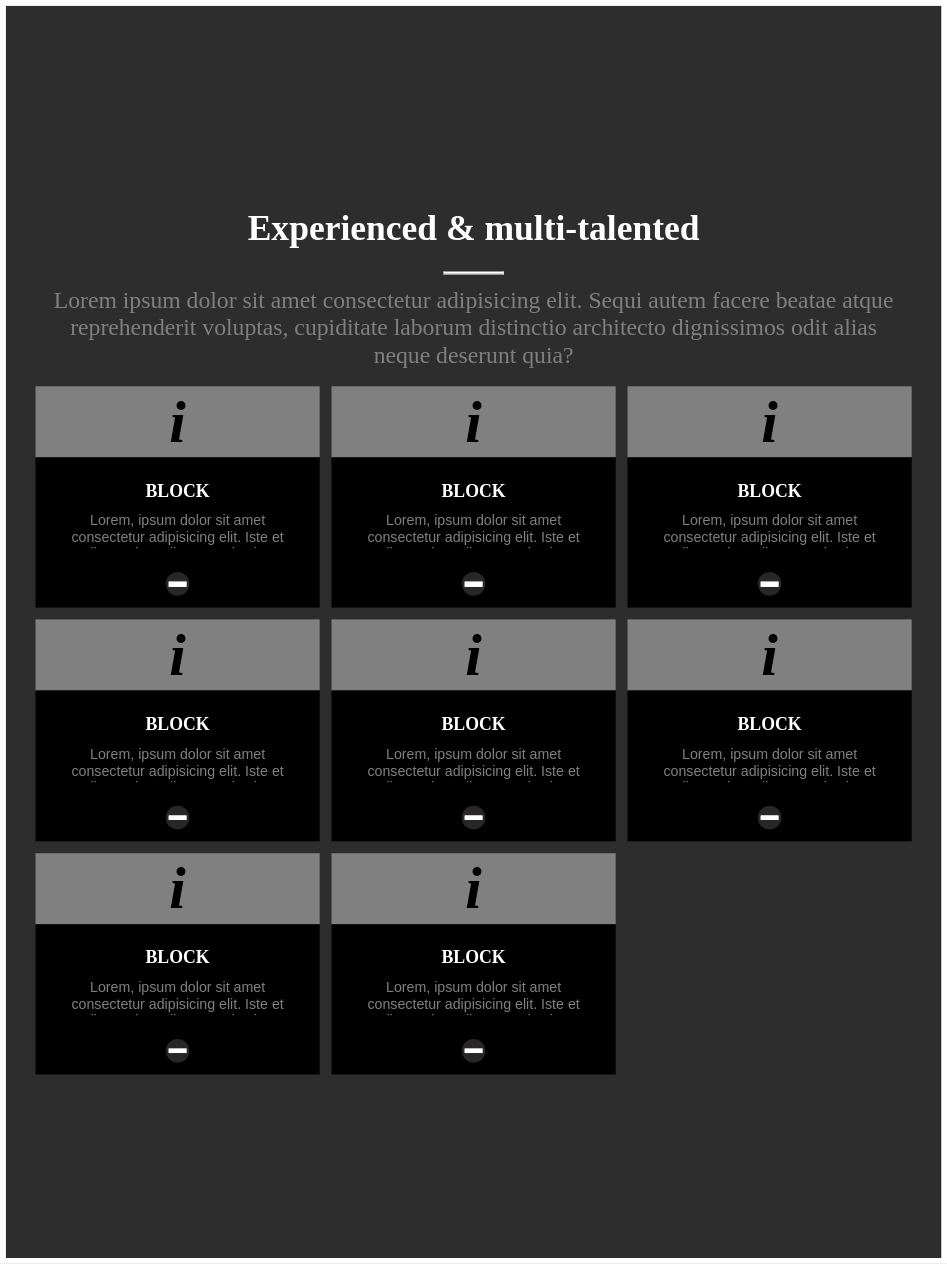
Repository: MohmdMHR/limesharp-test
Page: /
An editor plug-in stored every save of this project. The page is shown before and after the next save, followed by the edit.
The browser window is 1280 px wide. The pictures show the whole page, at 74% of full size.
The project was rebuilt for these pictures with package versions that can differ from the ones it lists, and the page was loaded fresh each time. Also part of the build but not shown: vue.config.js.

Above is the page before, as saved 2022-07-20 18:31:44.

After the next save:
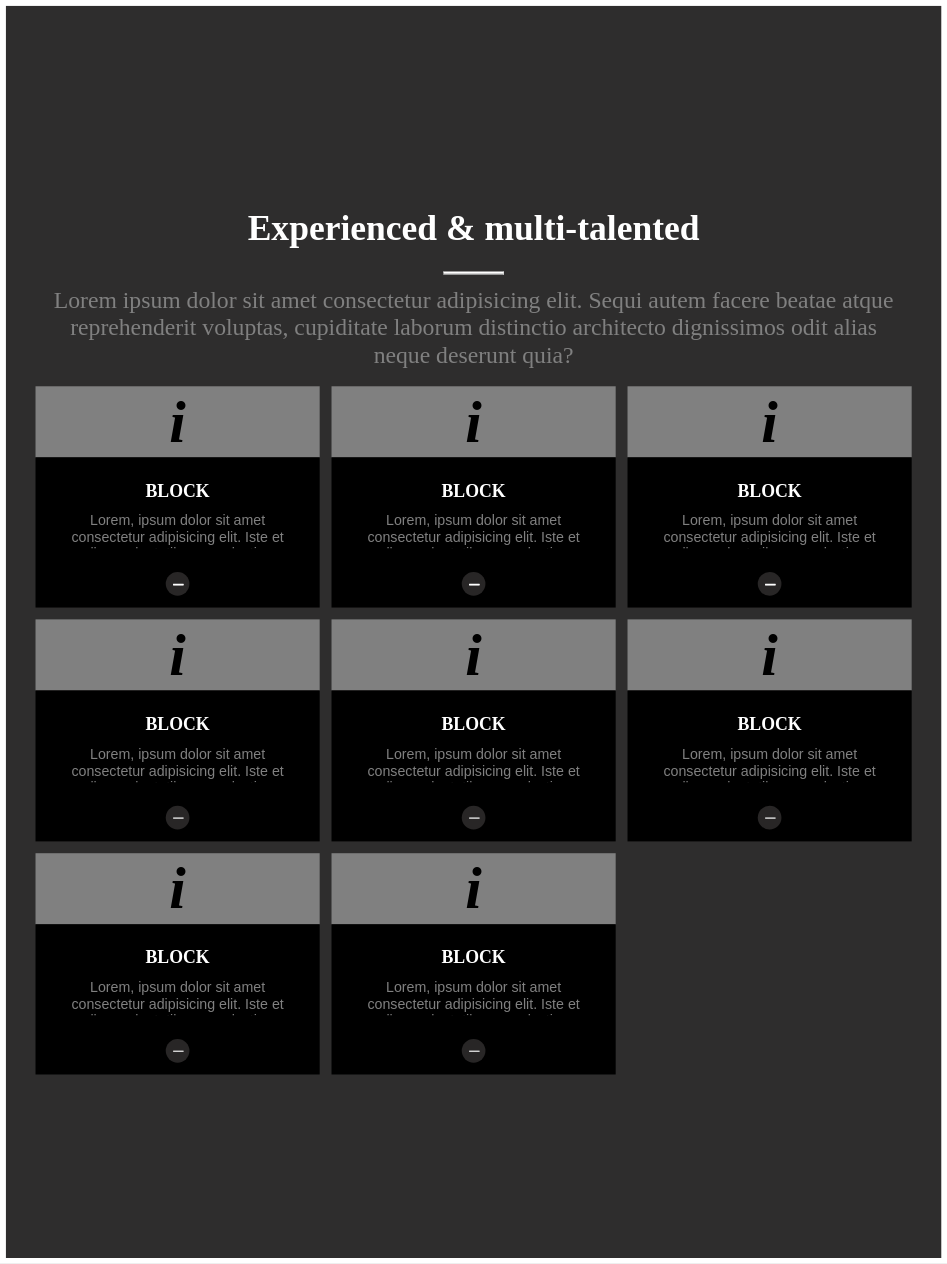
Saved 2 min 52 s later.
--- a/src/components/card.vue
+++ b/src/components/card.vue
@@ -92,12 +92,12 @@ export default {
   &:before,
   &:after {
     background: white;
-    top: 13px;
-    left: 4px;
+    top: 1rem;
+    left: 0.6rem;
     content: "";
-    height: 0.4rem;
+    height: 0.1rem;
     position: absolute;
-    width: 1.5rem;
+    width: 0.9rem;
     transition: transform 500ms ease;
   }
   &:after {
